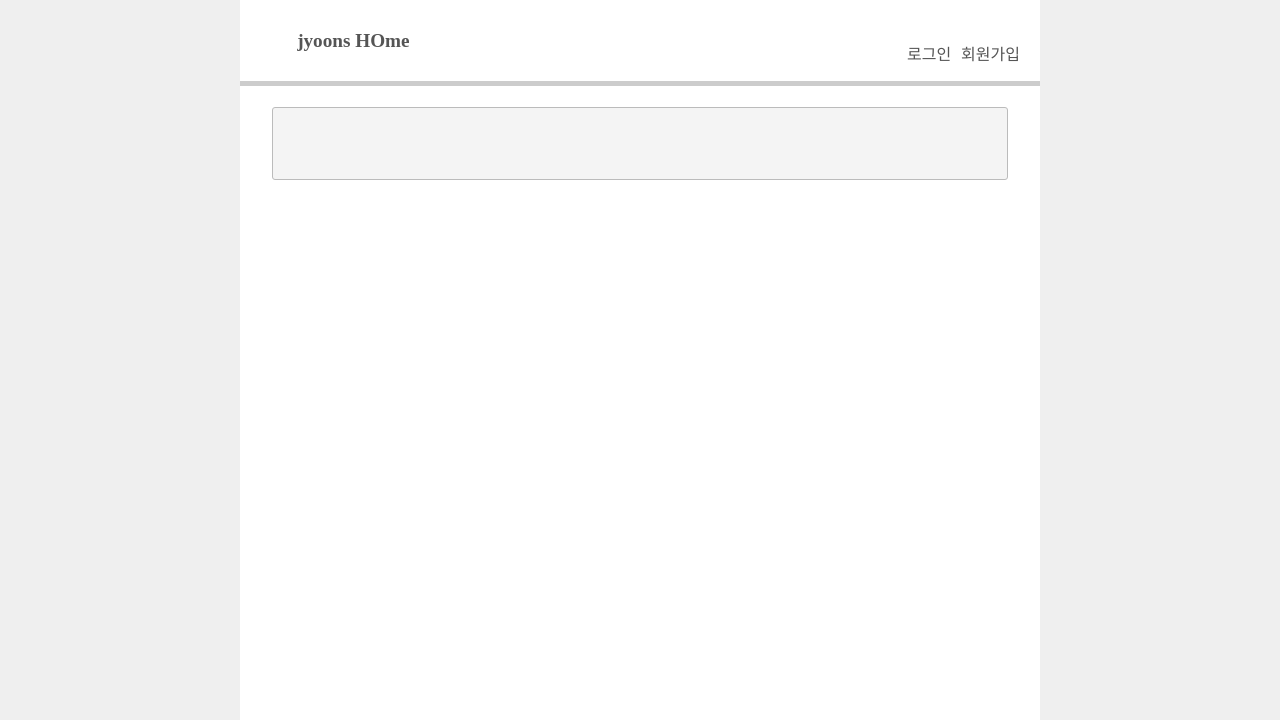
Repository: jyoons00/JSP-sample
Page: http://localhost/jspPro/index.jsp
These files come from the project's save history. The page is drawn as it stood at one moment and after the next save; the edit follows.
The browser window is 1280 px wide. The pictures show the whole page.
Some web fonts or font styles are not loaded; a fallback is used. The page is served by Tomcat 9.

Above is the page before, as saved 2024-10-15 01:30:24.

After the next save:
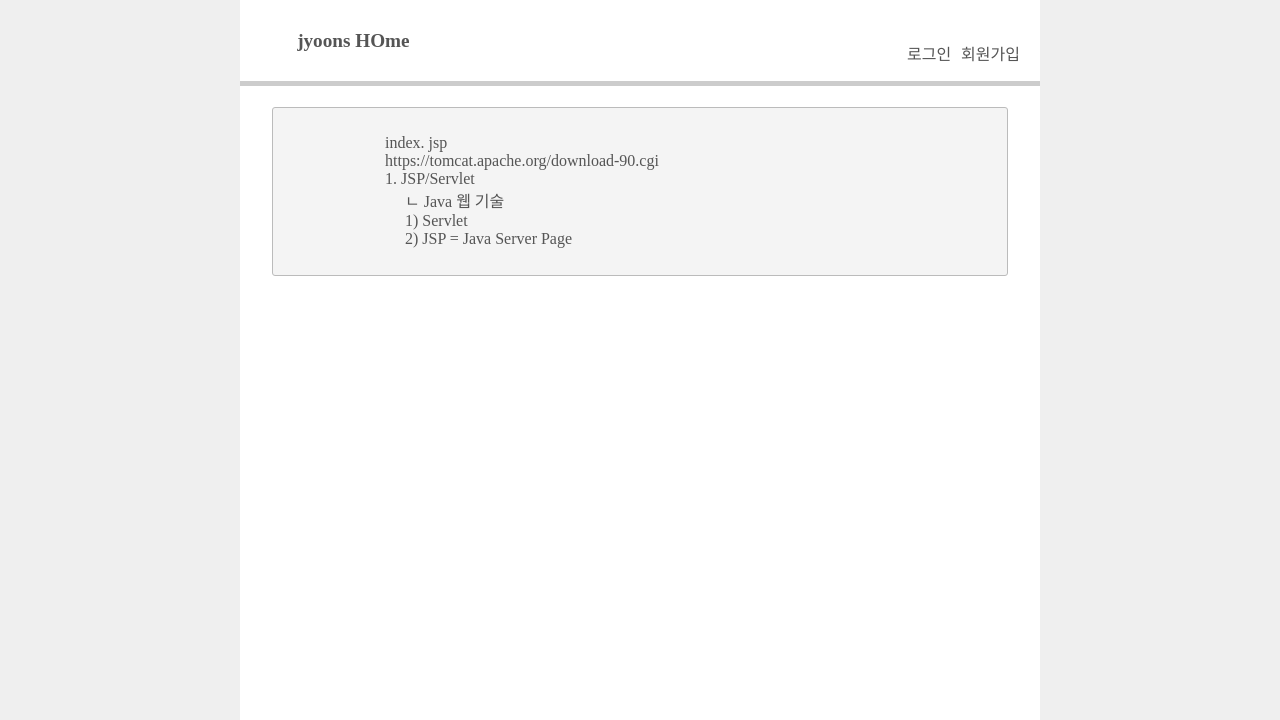
Saved 4 min 15 s later.
--- a/jspPro/src/main/webapp/index.jsp
+++ b/jspPro/src/main/webapp/index.jsp
@@ -34,7 +34,12 @@
     </header>
     <div>
       <xmp class="code">
-
+   			index. jsp
+   			https://tomcat.apache.org/download-90.cgi
+   			1. JSP/Servlet
+   			     ㄴ Java 웹 기술
+   			     1) Servlet
+   			     2) JSP = Java Server Page
   	  </xmp>
     </div>
 
